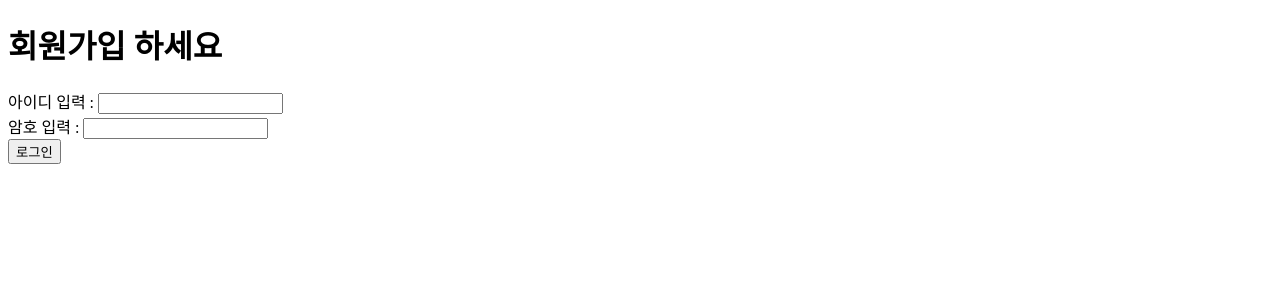
Repository: zwundzwzig/STARTERS
Page: workspace_webserver/servelettest/src/main/webapp/insert_db.html
These files come from the project's save history. The page is drawn as it stood at one moment and after the next save; the edit follows.
The browser window is 1280 px wide. The pictures show the whole page.

Above is the page before, as saved 2023-01-04 07:08:44.

After the next save:
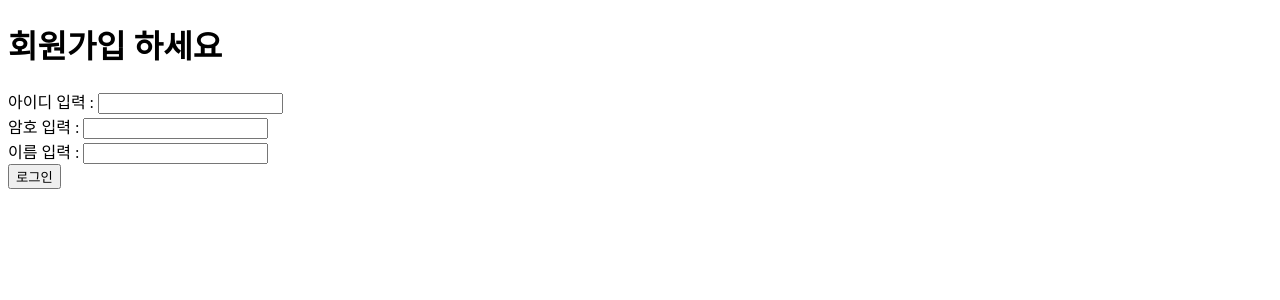
Saved 33 s later.
--- a/workspace_webserver/servelettest/src/main/webapp/insert_db.html
+++ b/workspace_webserver/servelettest/src/main/webapp/insert_db.html
@@ -11,6 +11,8 @@
 			<br />
 			암호 입력 : <input type="password" name="pw" />
 			<br />
+			이름 입력 : <input type="password" name="pw" />
+			<br />
 			<input type="submit" value="로그인" />
 		</form>
 	</body>
